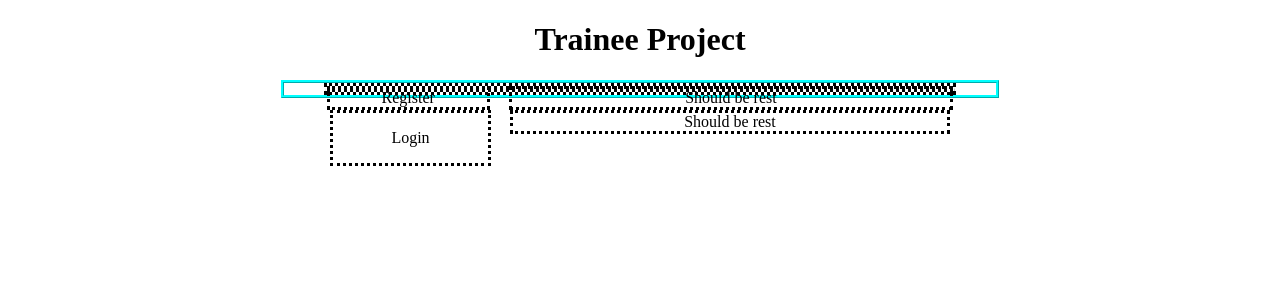
Repository: LsCodeMaster/Training
Page: Trainee/WebContent/trainee.html
These files come from the project's save history. The page is drawn as it stood at one moment and after the next save; the edit follows.
The browser window is 1280 px wide. The pictures show the whole page.

Above is the page before, as saved 2015-09-15 10:07:47.

After the next save:
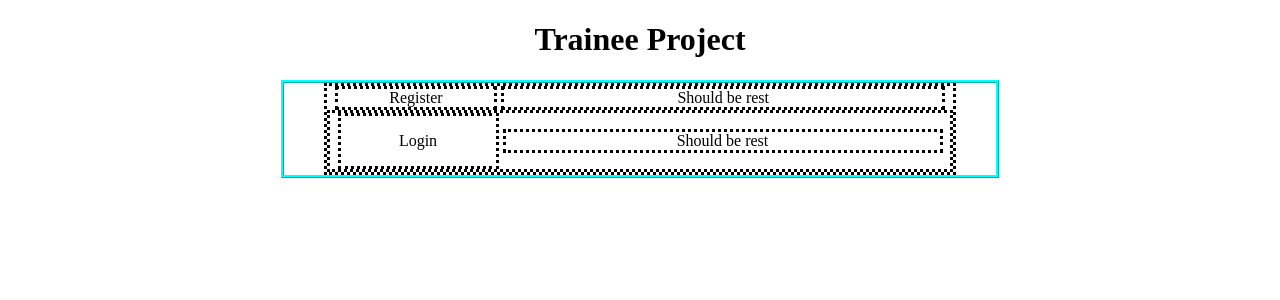
Saved 36 s later.
--- a/Trainee/WebContent/css/style.css
+++ b/Trainee/WebContent/css/style.css
@@ -12,11 +12,11 @@
 	text-align: center;
 }
 .loginType{
-	float: left;
+	display: inline-block;
 	width: 25%;
 }
 .loginInfo{
-	float: right;
+	display: inline-block;
 	width:70%;
 }
 h1{
